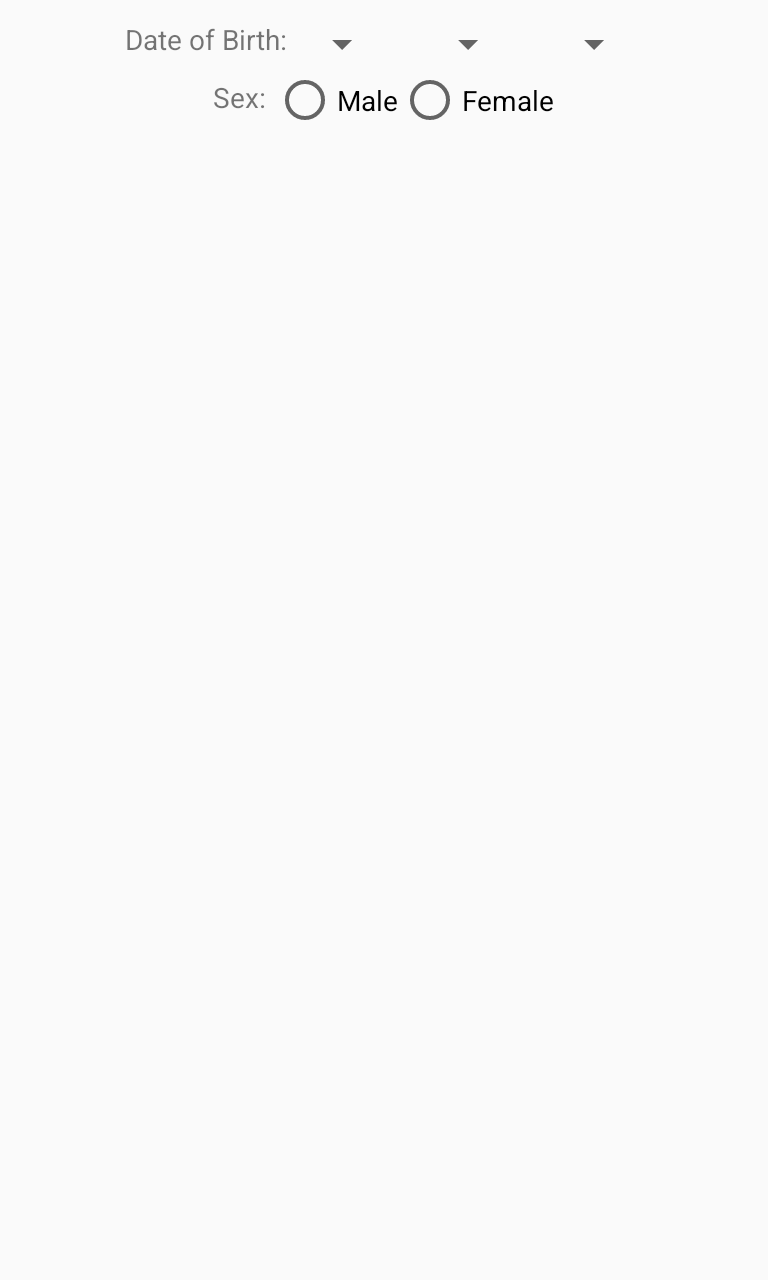
Repository: achavez812/GuatemalaProject2
Layout: GuateMedic-master/GuateMedic/res/layout/fragment_graph_new_child_dialog.xml
An editor plug-in stored every save of this project. The layout is shown before and after the next save, followed by the edit.
It is drawn on a 768 x 1280 px phone screen (xhdpi) without system bars, with theme AppTheme; the app's code is not run.

Above is the layout before, as saved 2014-07-03 07:05:20.

### GuateMedic-master/GuateMedic/res/layout/fragment_graph_new_child_dialog.xml
<?xml version="1.0" encoding="utf-8"?>
<LinearLayout xmlns:android="http://schemas.android.com/apk/res/android"
    android:layout_width="match_parent"
    android:layout_height="match_parent"
    android:orientation="vertical" >

    <LinearLayout
        android:layout_width="match_parent"
        android:layout_height="wrap_content"
        android:gravity="center_horizontal"
        android:orientation="horizontal" >

        <TextView
            android:id="@+id/graph_new_child_date"
            android:layout_width="wrap_content"
            android:layout_height="wrap_content"
            android:layout_marginTop="10dp"
            android:text="Date of Birth: "
            />

	    <Spinner
		    android:id="@+id/graph_new_child_month_spinner"
		    android:layout_marginTop="10dp"
		    android:layout_marginRight="15dp"
		    android:layout_width="wrap_content"
		    android:layout_height="wrap_content" />
	    <Spinner
		    android:id="@+id/graph_new_child_day_spinner"
		    android:layout_marginTop="10dp"
		   	android:layout_marginRight="15dp"
		    android:layout_width="wrap_content"
		    android:layout_height="wrap_content" />
	    <Spinner
		    android:id="@+id/graph_new_child_year_spinner"
		    android:layout_marginTop="10dp"
		    android:layout_width="wrap_content"
		    android:layout_height="wrap_content" />

    </LinearLayout>

    <LinearLayout
        android:layout_width="match_parent"
        android:layout_height="wrap_content"
        android:gravity="center_horizontal"
        android:orientation="horizontal" >

    	<TextView
	     	android:id="@+id/graph_new_child_date"
		    android:layout_width="wrap_content"
		    android:layout_height="wrap_content"
		    android:layout_marginTop="5dp"
		    android:text="Sex: "
		    />

    	<RadioGroup
		    android:layout_width="wrap_content"
		    android:layout_height="wrap_content"
		    android:orientation="horizontal">

		    <RadioButton android:id="@+id/radio_male"
		        android:layout_width="wrap_content"
		        android:layout_height="wrap_content"
		        android:text="Male"
		        android:onClick="onRadioButtonClicked"/>

		    <RadioButton android:id="@+id/radio_female"
		        android:layout_width="wrap_content"
		        android:layout_height="wrap_content"
		        android:text="Female"
		        android:onClick="onRadioButtonClicked"/>

		</RadioGroup>

	</LinearLayout>



</LinearLayout>

### GuateMedic-master/GuateMedic/res/values/styles.xml
<resources xmlns:android="http://schemas.android.com/apk/res/android">

    <!--
        Base application theme, dependent on API level. This theme is replaced
        by AppBaseTheme from res/values-vXX/styles.xml on newer devices.
    -->

    <!-- Application theme. -->
    <style name="AppTheme" parent="@style/Theme.AppCompat.Light.DarkActionBar">
        <!-- All customizations that are NOT specific to a particular API-level can go here. -->
    	<item name="android:typeface">sans</item>
        <item name="actionBarStyle">@style/MyActionBar</item>
    	<item name="android:actionBarStyle">@style/MyActionBar</item>
    	<item name="android:actionOverflowButtonStyle">@style/OverFlow</item>
    	<item name="android:popupMenuStyle">@style/MyPopupMenu</item>
    	<item name="popupMenuStyle">@style/MyPopupMenu</item>
        <item name="android:panelBackground">#004d6b</item>
         <item name="android:itemTextAppearance">@style/myCustomMenuTextApearance</item>

    </style>
       <style name="myCustomMenuTextApearance" parent="@android:style/TextAppearance.Widget.IconMenu.Item">
        <item name="android:textColor">#FFFFFF</item>
        <item name="android:textSize">20sp</item>

    </style>
    <style name="MyActionBar" parent="@style/Widget.AppCompat.Light.ActionBar.Solid.Inverse">
        <item name="android:background">#004d6b</item>
        <item name="android:titleTextStyle">@style/TitleText</item>



    </style>

    <style name ="MyPopupMenu" parent="android:Theme.Holo.Light">
        <item name="android:popupBackground">#004d6b</item>
    </style>

    <style name="OverFlow" parent="@android:style/Widget.Holo.ActionButton.Overflow">
    	<item name="android:src">@drawable/ic_action_overflow</item>
	</style>
    <style name="TitleText">
        <item name="android:textColor">#FFFFFF</item>
        <item name="android:typeface">sans</item>
        <item name="android:textSize">30sp</item>

    </style>
	<!--
	<style name="HomePage" parent="AppTheme">
	<item name="android:background"> @drawable/guatemala_home_bg </item>
	</style>
	    -->





</resources>

After the next save:
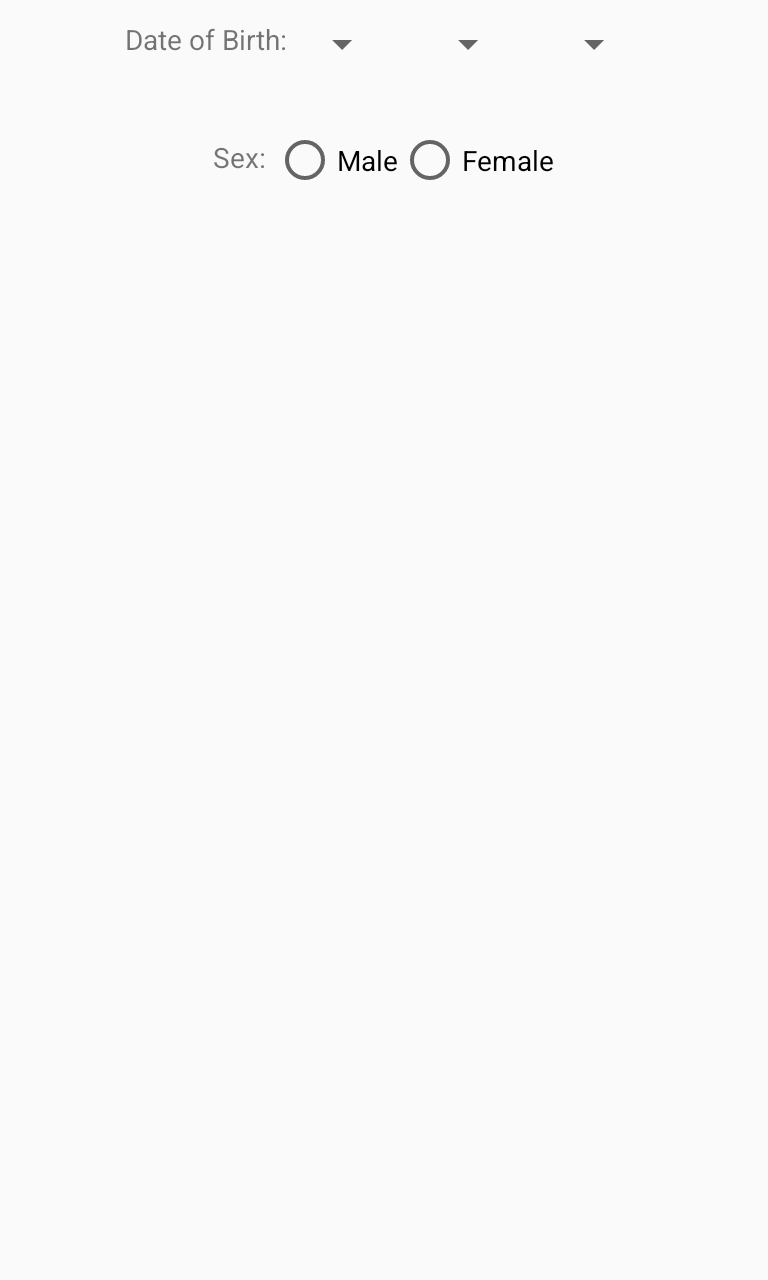
Saved 42 s later.
--- a/GuateMedic-master/GuateMedic/res/layout/fragment_graph_new_child_dialog.xml
+++ b/GuateMedic-master/GuateMedic/res/layout/fragment_graph_new_child_dialog.xml
@@ -41,6 +41,8 @@
     <LinearLayout
         android:layout_width="match_parent"
         android:layout_height="wrap_content"
+        android:layout_marginTop="30dp"
+        android:layout_marginTop="30dp"
         android:gravity="center_horizontal"
         android:orientation="horizontal" >
 
